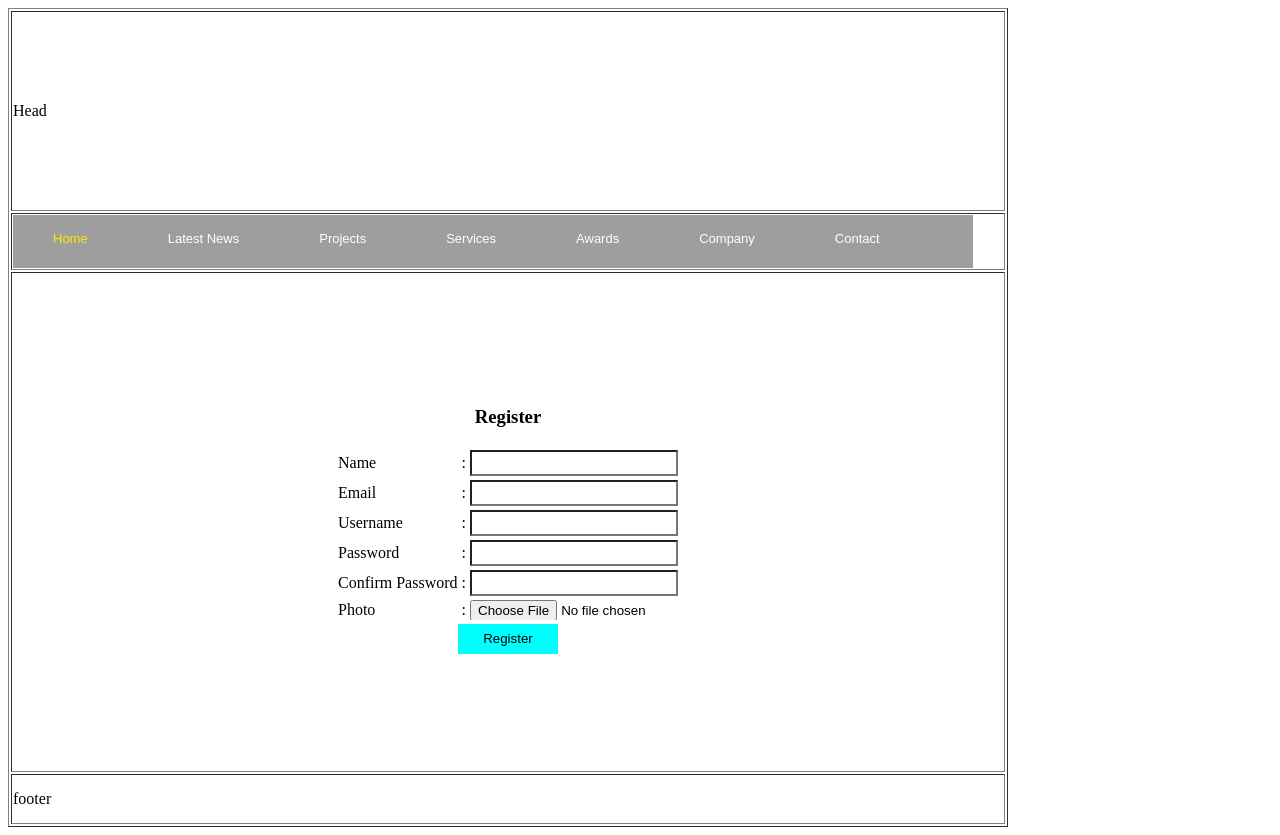
Repository: PraveenRavipati/MyWork
Page: Java/workspaces/office Java WorkScapces/works/javaTraining/WebContent/Register.html
These files come from the project's save history. The page is drawn as it stood at one moment and after the next save; the edit follows.
The browser window is 1280 px wide. The pictures show the whole page.
Pictures or frames that could not be fetched are drawn as grey boxes.

Above is the page before, as saved 2014-06-02 09:53:38.

After the next save:
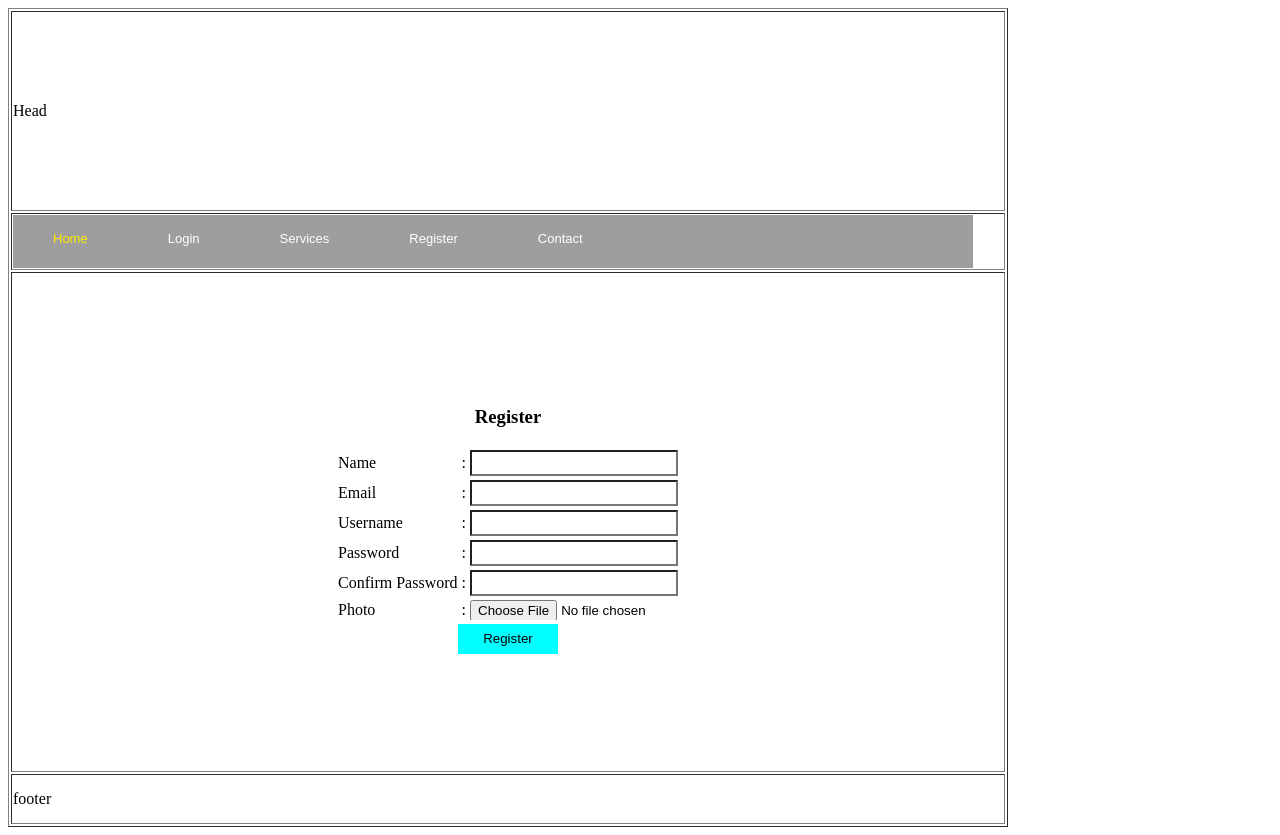
Saved 112 s later.
--- a/Java/workspaces/office Java WorkScapces/works/javaTraining/WebContent/Register.html
+++ b/Java/workspaces/office Java WorkScapces/works/javaTraining/WebContent/Register.html
@@ -17,11 +17,9 @@
 			<td><div id="templatemo_menu">
             	<ul>
                     <li><a href="#" class="current">Home</a></li>
-                    <li><a href="#">Latest News</a></li>
-                    <li><a href="#">Projects</a></li>
+                    <li><a href="#">Login</a></li>
                     <li><a href="#">Services</a></li>
-                    <li><a href="#">Awards</a></li>
-                    <li><a href="#">Company</a></li>
+                    <li><a href="#">Register</a></li>
                     <li><a href="#" class="last">Contact</a></li>
                 </ul>
             </div></td>
